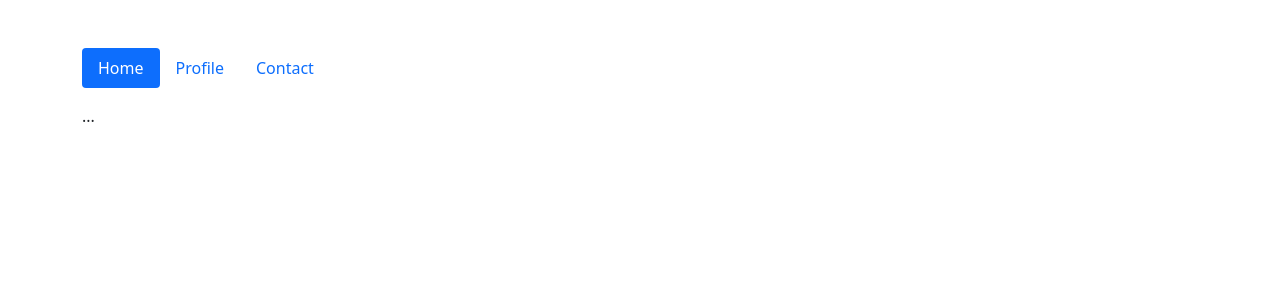
Repository: piyushiso/piyushiso.github.io
Page: tools/easylink/index.html
An editor plug-in stored every save of this project. The page is shown before and after a run of saves, followed by the edit.
The browser window is 1280 px wide. The pictures show the whole page.

Above is the page before, as saved 2022-05-27 14:57:52.

After the next 2 saves:
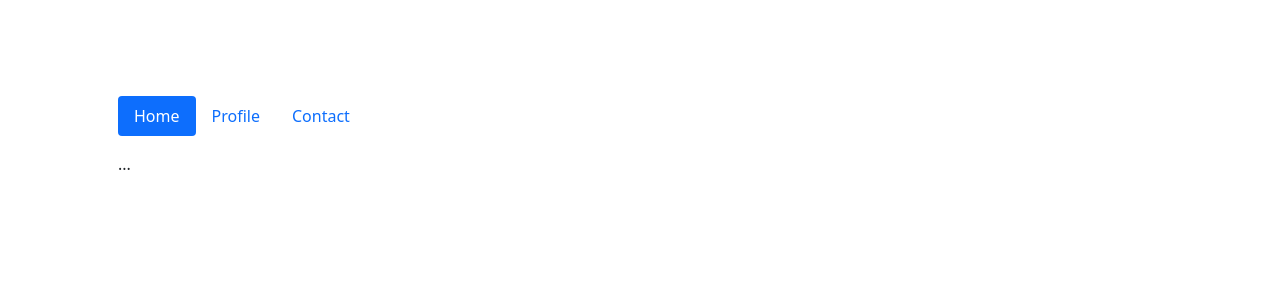
The 2 saves are shown as one change because they came seconds apart.
The last was saved 6 s later.
--- a/tools/easylink/index.html
+++ b/tools/easylink/index.html
@@ -7,7 +7,7 @@
     <title>Sharelink ツ</title>
 </head>
 <body>
-    <div class="container my-5">
+    <div class="container my-5 p-5">
         <ul class="nav nav-pills mb-3" id="pills-tab" role="tablist">
             <li class="nav-item" role="presentation">
               <button class="nav-link active" id="pills-home-tab" data-bs-toggle="pill" data-bs-target="#pills-home" type="button" role="tab" aria-controls="pills-home" aria-selected="true">Home</button>
